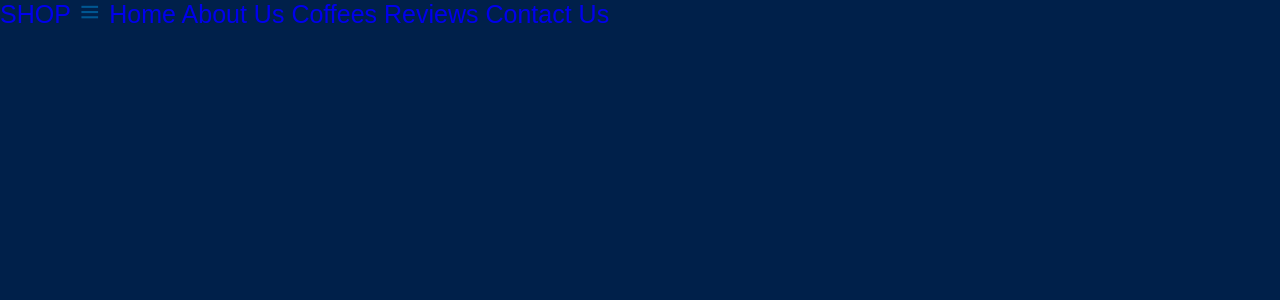
Repository: ntandomagana/Coffee-Shop
Page: index.html
An editor plug-in stored every save of this project. The page is shown before and after a run of saves, followed by the edit.
The browser window is 1280 px wide. The pictures show the whole page.

Above is the page before, as saved 2024-04-10 13:38:07.

After the next 3 saves:
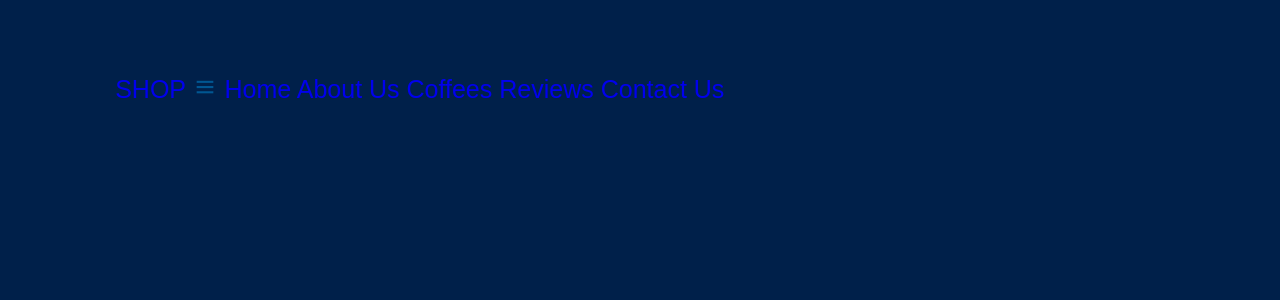
The 3 saves are shown as one change because they came seconds apart.
The last was saved 9 s later.
--- a/style.css
+++ b/style.css
@@ -31,4 +31,5 @@
     top: 0;
     left: 0;
     width: 100%;
+    padding: 3rem 9%;
 }
